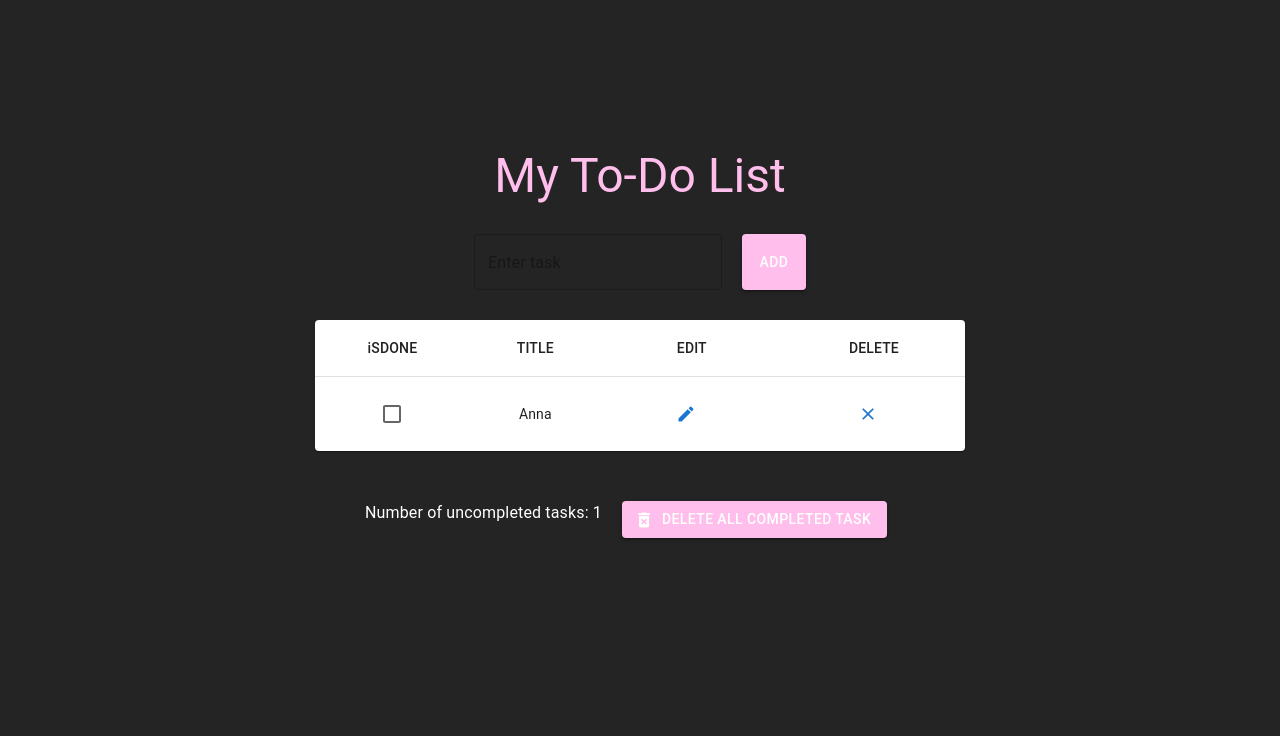
Repository: savannaaaas/ToDo_List
Page: /
The author's editor kept a copy of each file at every save. The page is drawn from the files as they stood at one save, then again after the next save.
The browser window is 1280 px wide. The pictures show the whole page.
The project was rebuilt for these pictures with package versions that can differ from the ones it lists, and the page was loaded fresh each time. Also part of the build but not shown: vite.config.js.

Above is the page before, as saved 2025-08-10 20:04:41.

After the next save:
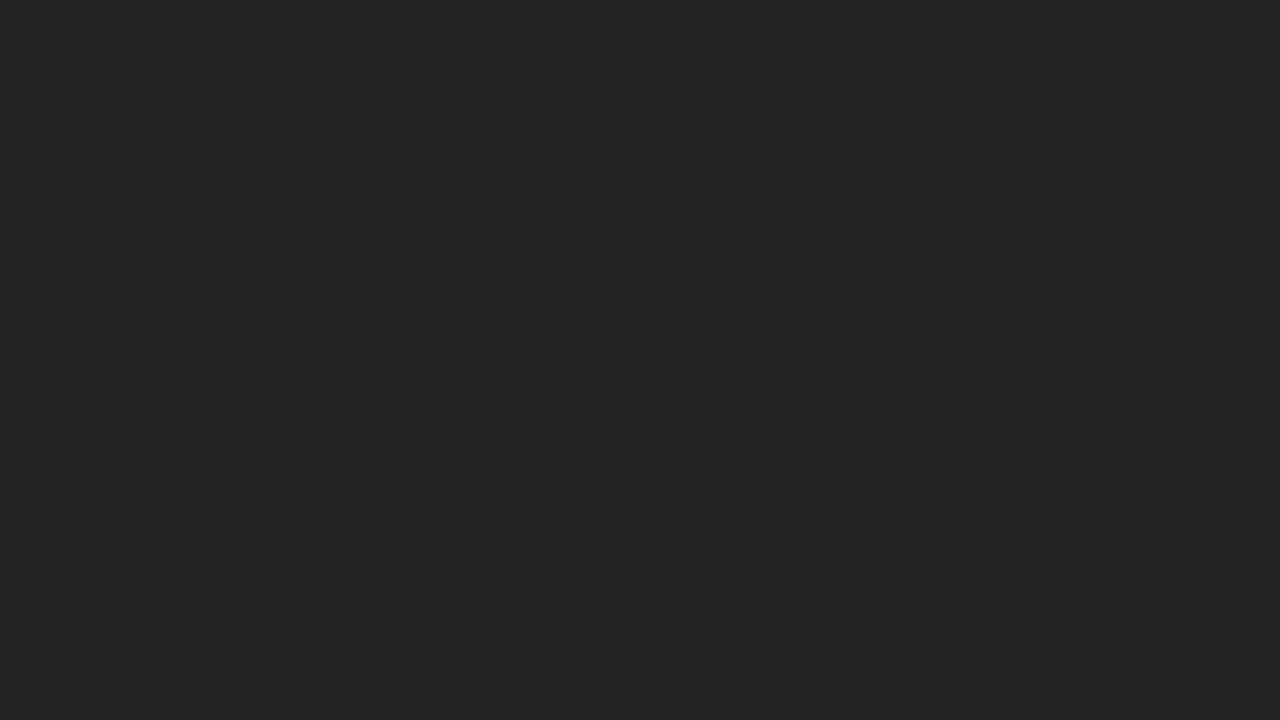
Console error: ReferenceError: FilterTask is not defined
Saved 19 s later.
--- a/src/App.jsx
+++ b/src/App.jsx
@@ -8,6 +8,7 @@ function App() {
     <div className="toDo-list">
       <Header />
       <AddTask />
+      <FilterTask />
       <ShowTasks />
     </div>
   );

After the save that followed:
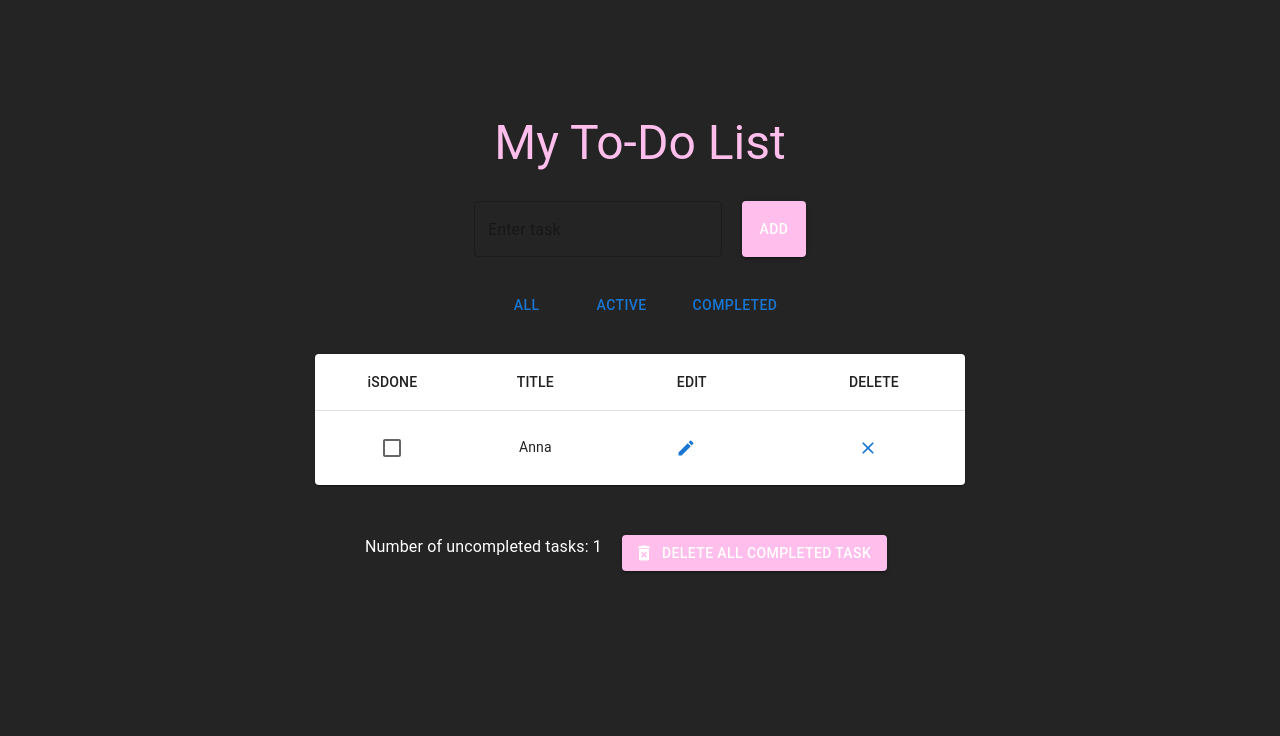
The error is gone.
Saved 9 s later.
--- a/src/App.jsx
+++ b/src/App.jsx
@@ -2,7 +2,7 @@ import { Header } from "./components/Header";
 import { AddTask } from "./components/AddTask";
 import "./index.css";
 import { ShowTasks } from "./components/ShowTasks";
-
+import { FilterTask } from "./components/FiterTasks";
 function App() {
   return (
     <div className="toDo-list">
